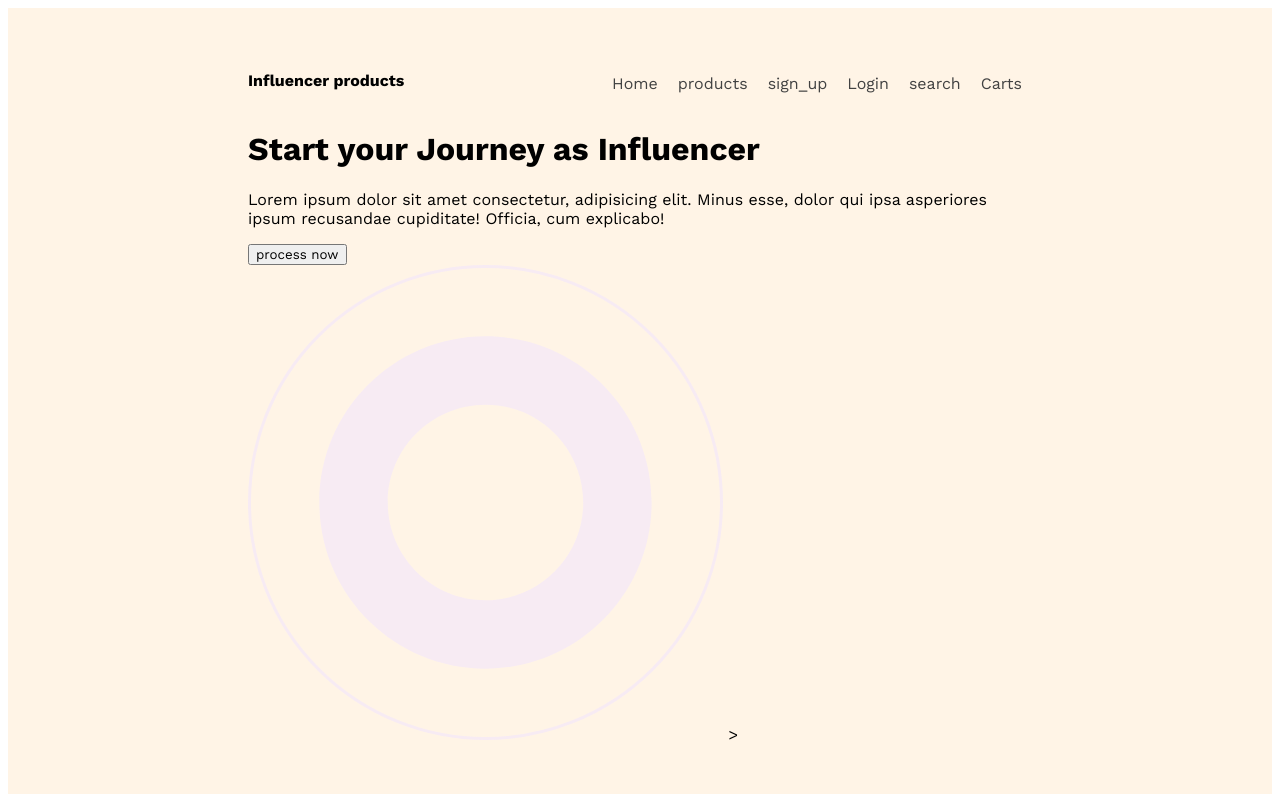
Repository: RudrasahaDibos/Camera-gear
Page: index.html
An editor plug-in stored every save of this project. The page is shown before and after the next save, followed by the edit.
The browser window is 1280 px wide. The pictures show the whole page.

Above is the page before, as saved 2024-10-08 14:33:56.

### index.html
<!DOCTYPE html>
<html lang="en">
<head>
    <meta charset="UTF-8">
    <meta name="viewport" content="width=device-width, initial-scale=1.0">
    <link rel="stylesheet" href="style.css">
    <title>Influencergear</title>
</head>
<body>
          <header class="header-container">
                    <nav class="Influencer-header">

                            <h2>Influencer products</h2>


                            <ul class="Influencer-header-button">
                                <li><a href="">Home</a></li>
                                <li><a href="">products</a></li>
                                <li><a href="">sign_up</a></li>
                                <li><a href="">Login</a></li>
                                <li><a href="">search</a></li>
                                <li><a href="">Carts</a></li>

                            </ul>

                    </nav>
<!-- banner-header -->
                    <div class="banner">
                           <h1 class="banner-title">Start your Journey as
                            Influencer</h1>
                            <p class="banner-discription">Lorem ipsum dolor sit amet consectetur, adipisicing elit. Minus esse,
                            dolor qui ipsa asperiores ipsum recusandae cupiditate! Officia, cum explicabo!</p>
                            <button class="banner-button">process now</button>
                    </div>
                    <img src="images/Circle design.svg" alt=""
                    <img src="images/camera.png" alt="">
                    >
          </header>

          <main>

          </main>

          <footer>

          </footer>
</body>
</html>

### style.css

@import url('https://fonts.googleapis.com/css2?family=Work+Sans:ital,wght@0,100..900;1,100..900&display=swap');
/* shared section
 */
*{
    font-family: "Lato", sans-serif;
    font-family: "Open Sans", sans-serif;
    font-family: "Work sans", sans-serif;


}


/* header */
.header-container{
    background-color: rgba(255,144,14,0.10);
    padding: 50px 240px;
}
.Influencer-header{
    display: flex;
    justify-content: space-between;
    text-align: center;
}
.Influencer-header h2{
    font-size: 1rem;
    width: 500;
}
.Influencer-header-button{
    display: flex;

}
.Influencer-header-button li{
    list-style: none;
}
.Influencer-header-button li a{
    margin: 10px;
    text-decoration: none;
    color: #424242

}

After the next save:
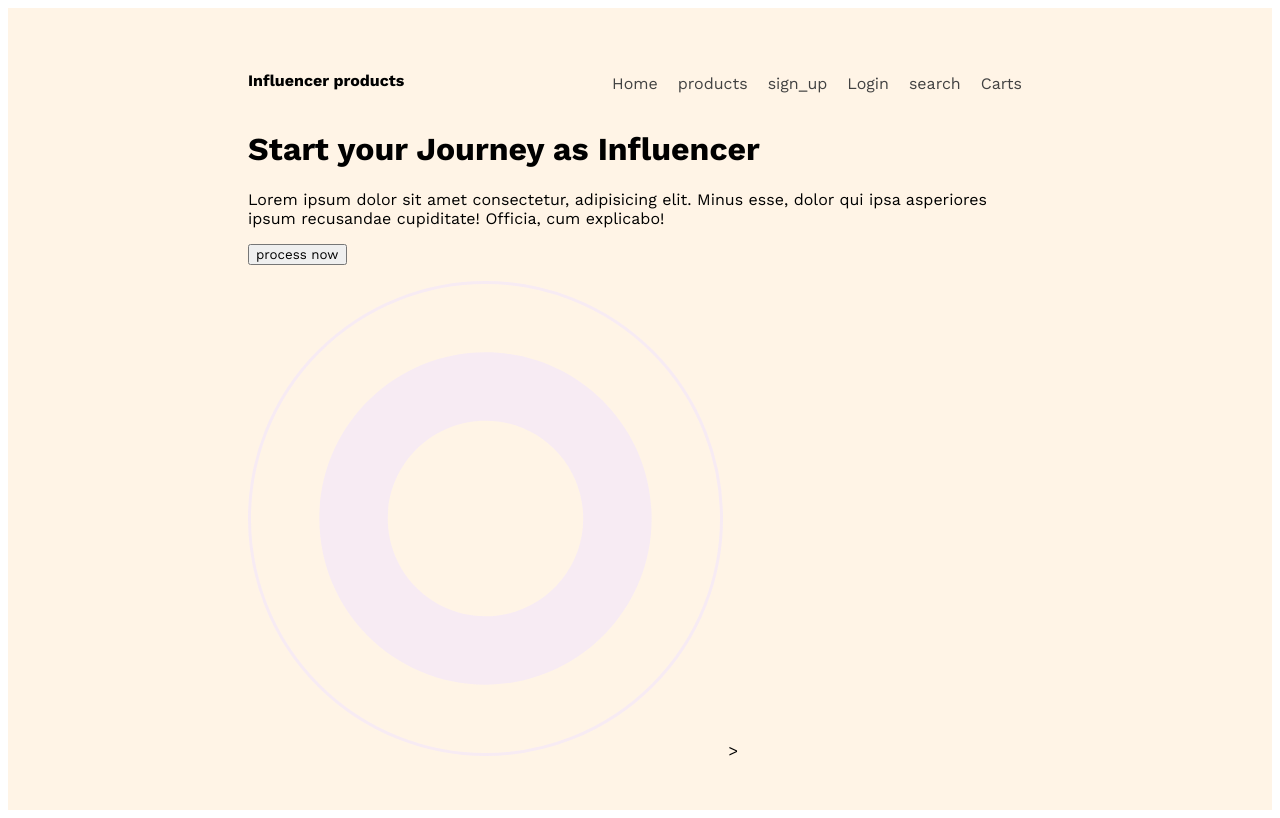
Saved 19 s later.
--- a/index.html
+++ b/index.html
@@ -32,7 +32,7 @@
                             dolor qui ipsa asperiores ipsum recusandae cupiditate! Officia, cum explicabo!</p>
                             <button class="banner-button">process now</button>
                     </div>
-                    <img src="images/Circle design.svg" alt=""
+                  <p></p>  <img src="images/Circle design.svg" alt=""
                     <img src="images/camera.png" alt="">
                     >
           </header>

After the 3 saves that followed:
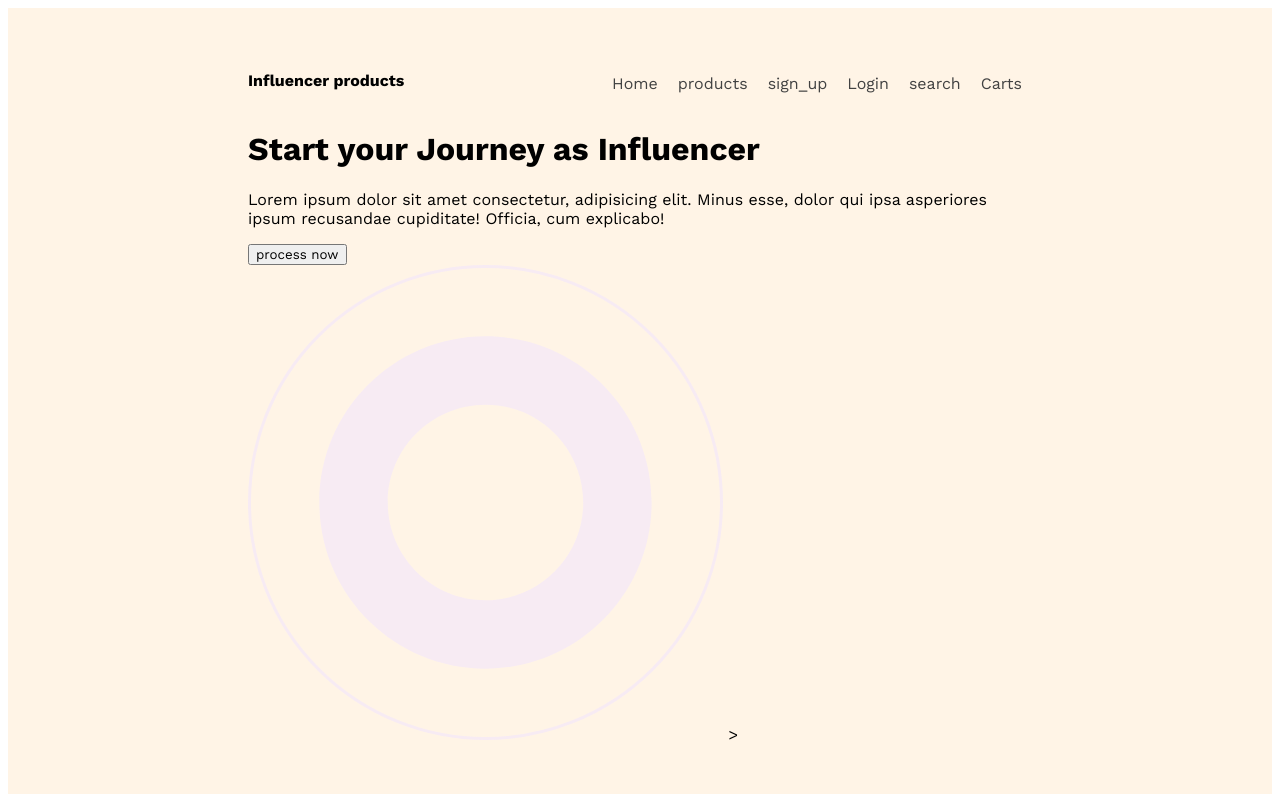
The 3 saves are shown as one change because they came seconds apart.
The last was saved 9 s later.
--- a/index.html
+++ b/index.html
@@ -32,9 +32,10 @@
                             dolor qui ipsa asperiores ipsum recusandae cupiditate! Officia, cum explicabo!</p>
                             <button class="banner-button">process now</button>
                     </div>
-                  <p></p>  <img src="images/Circle design.svg" alt=""
+                 <div> <img src="images/Circle design.svg" alt=""
                     <img src="images/camera.png" alt="">
                     >
+                </div>
           </header>
 
           <main>
